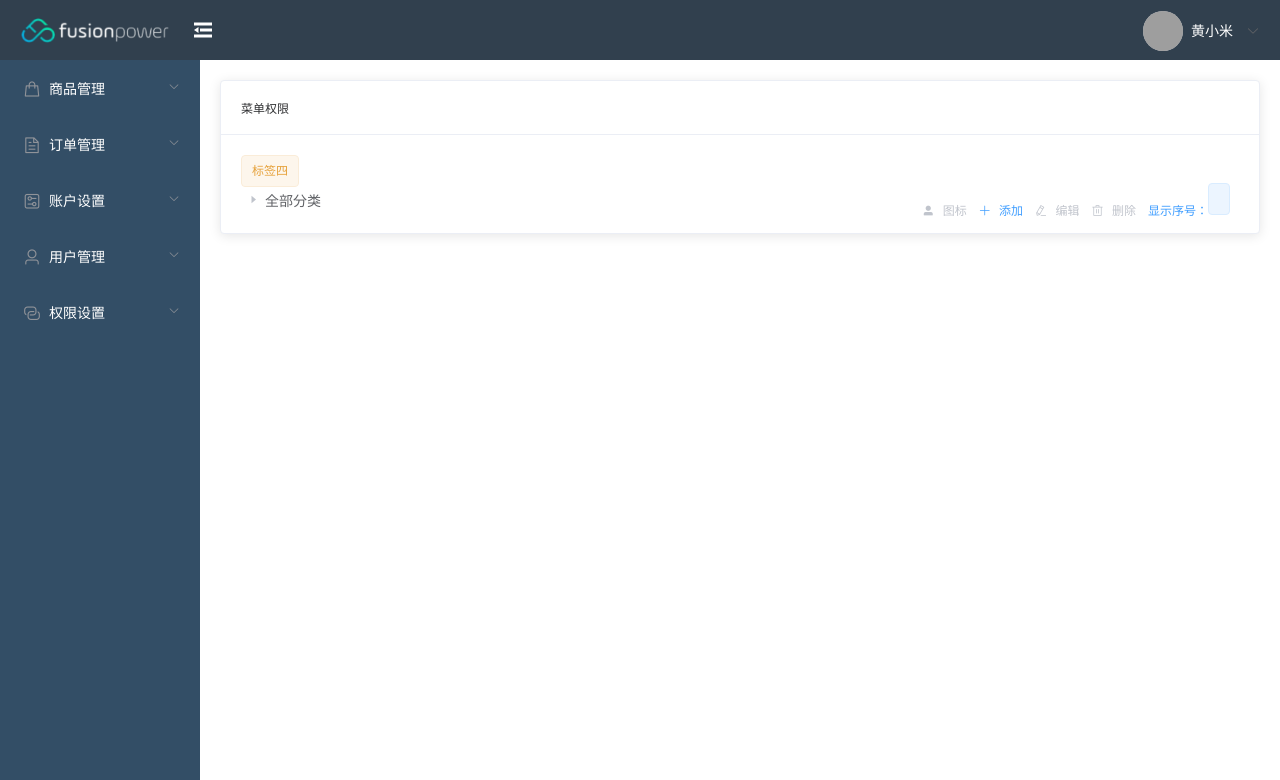
Repository: HanNing-cyber/vue-cms-project
Page: /#/auth/menu
An editor plug-in stored every save of this project. The page is shown before and after the next save, followed by the edit.
The browser window is 1280 px wide. The pictures show the whole page.
Pictures or frames that could not be fetched are drawn as grey boxes. The project was rebuilt for these pictures with package versions that can differ from the ones it lists, and the page was loaded fresh each time. Also part of the build but not shown: vue.config.js, src/views/Login.vue, src/views/Register.vue.

Above is the page before, as saved 2020-05-06 00:29:16.

After the next save:
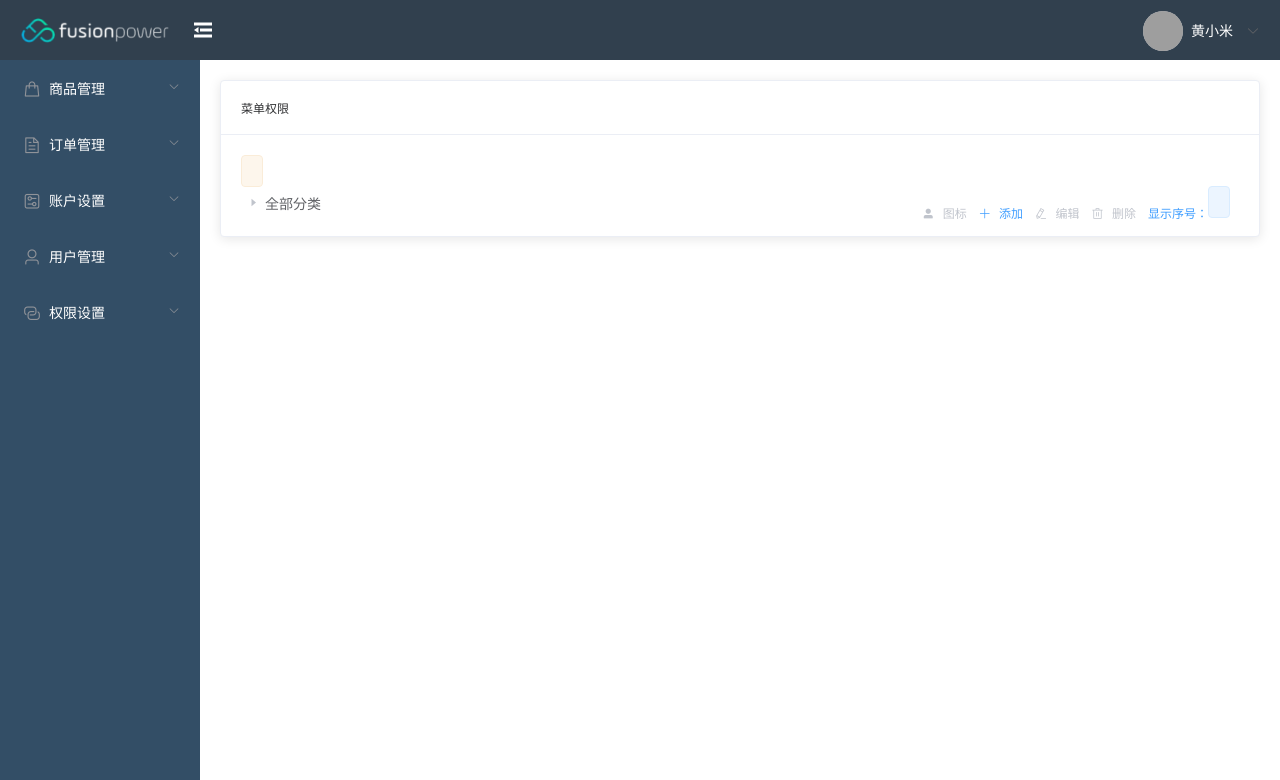
Saved 109 s later.
--- a/src/views/Auth/Menu.vue
+++ b/src/views/Auth/Menu.vue
@@ -6,7 +6,10 @@
 			</div>
 			<!-- <el-tree :data="data" :props="defaultProps" @node-click="handleNodeClick"></el-tree> -->
 			<div class="custom-tree-container">
-				<el-tag type="warning">标签四</el-tag>
+				<el-tag type="warning">
+					<div class="left-tip" icon="el-icon-warning"></div>
+					<div class="right-tip"></div>
+				</el-tag>
 				<div class="block">
 					<!-- <el-tree ref="tree" lazy :props="defaultProps" :data="data"> -->
 					<el-tree ref="tree" :load="loadNode" lazy :props="defaultProps" node-key="id">
